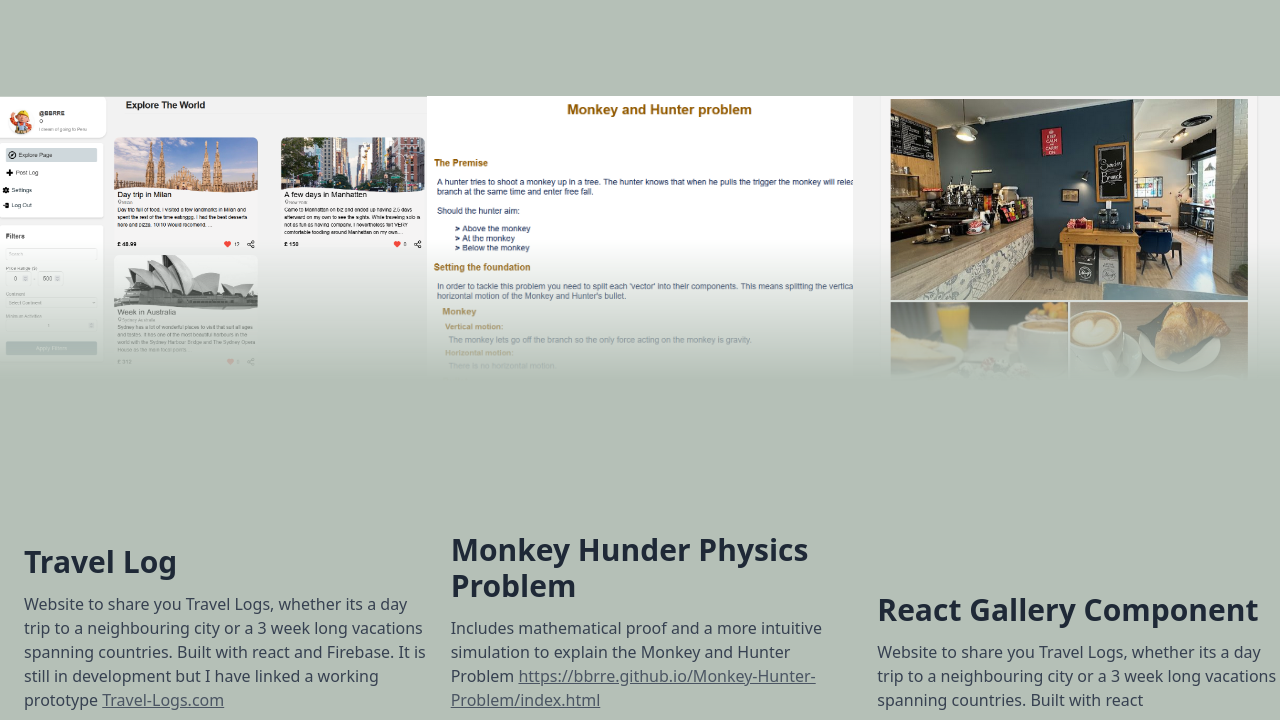
Repository: BBRRE/Portfolio-V2
Page: /#/Computer-Sci
An editor plug-in stored every save of this project. The page is shown before and after the next save, followed by the edit.
The browser window is 1280 px wide. The pictures show the whole page.
Some web fonts or font styles are not loaded; a fallback is used. The project was rebuilt for these pictures with package versions that can differ from the ones it lists, and the page was loaded fresh each time. Also part of the build but not shown: vite.config.js, src/Subjects/Archi.jsx, src/Subjects/EEng.jsx, src/Subjects/Other.jsx, src/Projects Overview.jsx, src/HomePage.jsx, src/ErrorBoundary.jsx.

Above is the page before, as saved 2024-11-29 09:14:32.

After the next save:
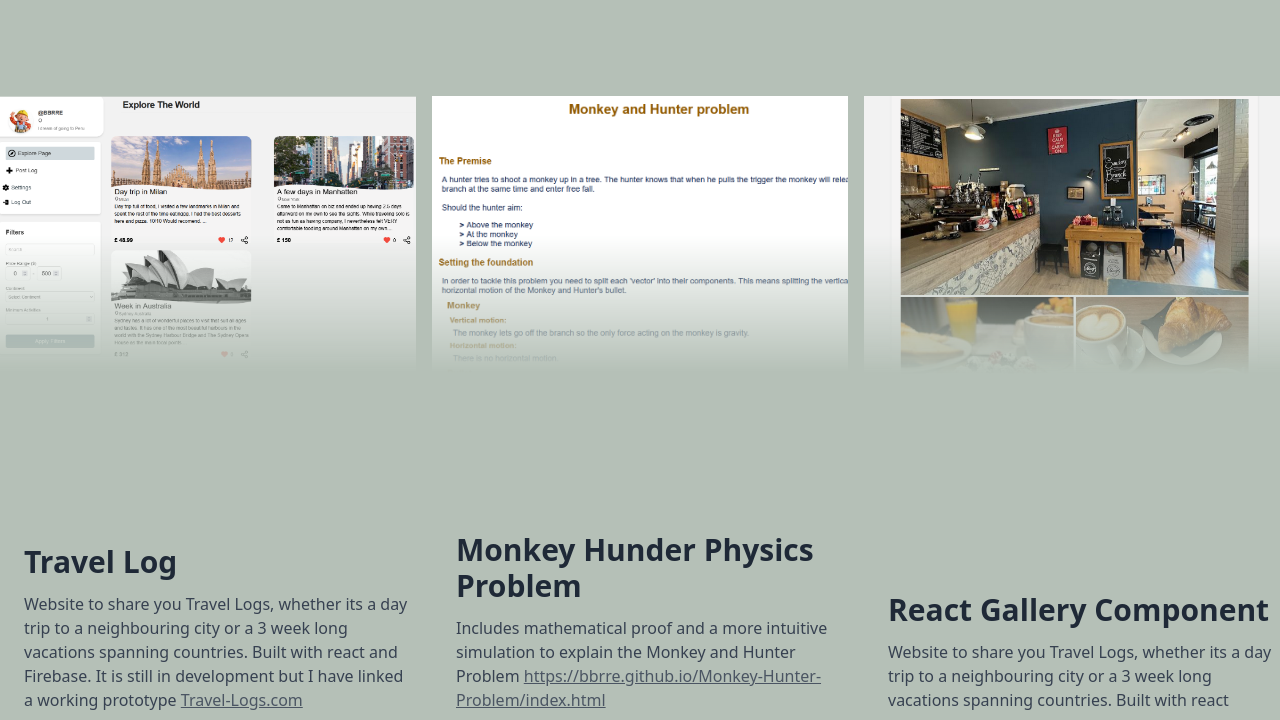
Saved 10 s later.
--- a/src/Subjects/CompSci.jsx
+++ b/src/Subjects/CompSci.jsx
@@ -5,7 +5,7 @@ import tr from '../assets/tra.png'
 
 const CompSci = () => {
   return (
-    <div className='bg-[#B5C0B7] w-full h-auto min-h-screen flex'>
+    <div className='bg-[#B5C0B7] w-full h-auto min-h-screen flex gap-4'>
       <div className='relative mx-auto mt-24 w-[700px]'>
         <img src={cs} style={{ WebkitMaskImage: 'linear-gradient(to top, transparent 0%, black 50%)' }} />
         <div className=" absolute bottom-2 left-2 flex flex-col ml-4 gap-3 justify-center">
